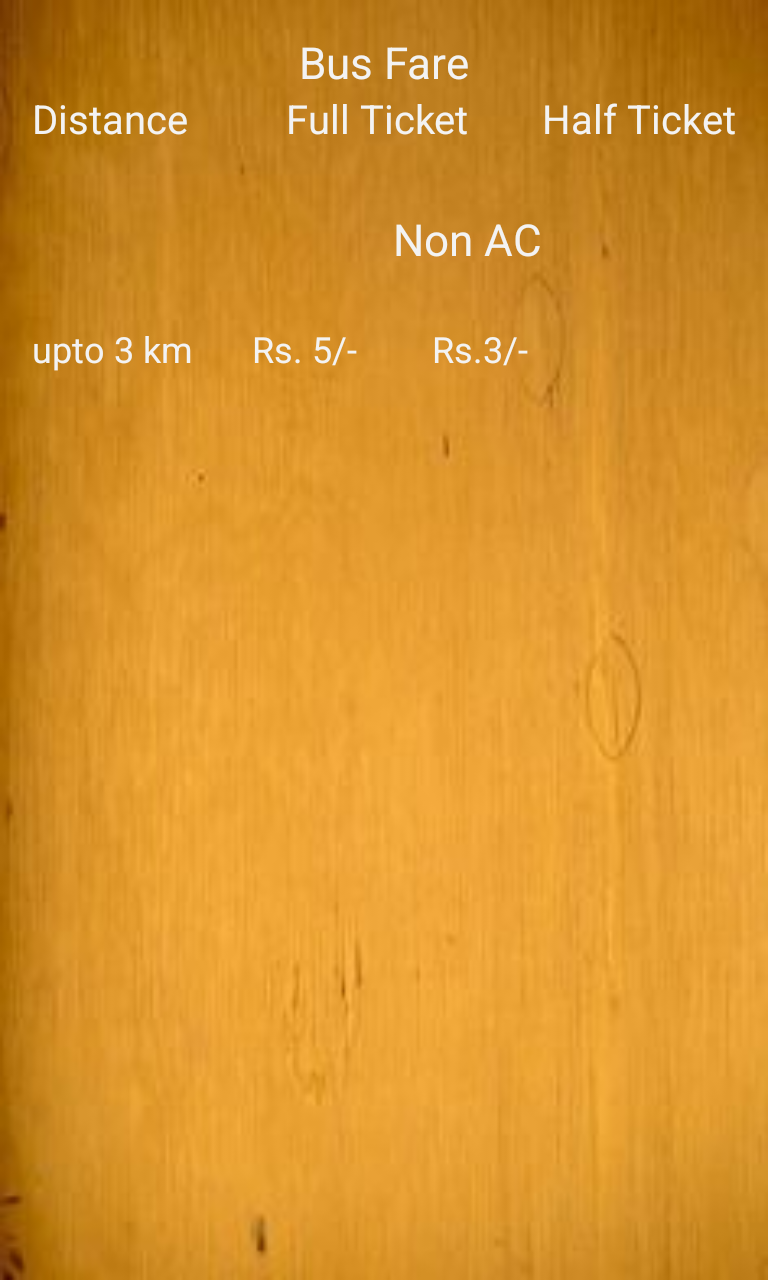
Repository: yogeshwar1996/android-app
Layout: CHD!!@BUSES/res/layout/activity_info.xml
The author's editor kept a copy of each file at every save. The layout is drawn from the files as they stood at one save, then again after the next save.
It is drawn on a 768 x 1280 px phone screen (xhdpi) without system bars, with theme android:Theme.Holo; the app's code is not run.

Above is the layout before, as saved 2016-07-11 04:59:31.

After the next save:
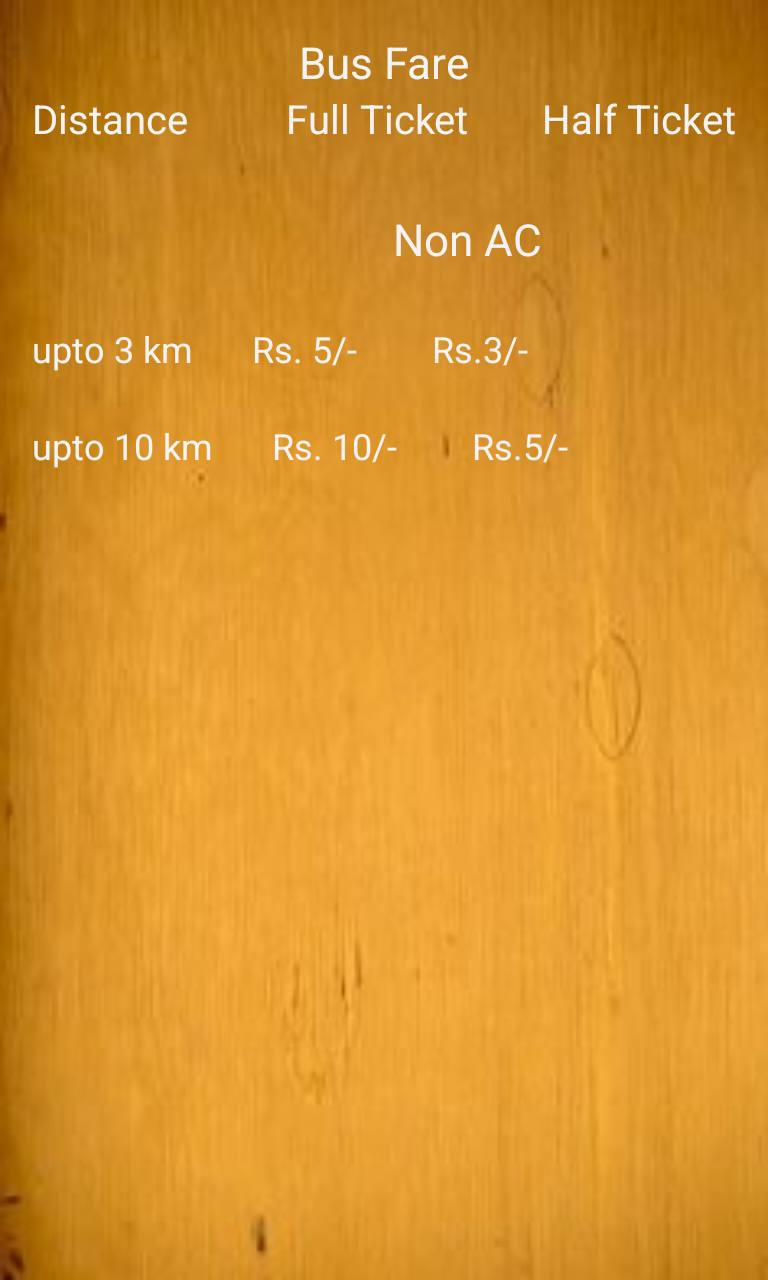
Saved 41 s later.
--- a/CHD!!@BUSES/res/layout/activity_info.xml
+++ b/CHD!!@BUSES/res/layout/activity_info.xml
@@ -69,4 +69,14 @@
         android:text="upto 3 km 			Rs. 5/-				Rs.3/-"
         android:textAppearance="?android:attr/textAppearanceMedium" />
 
+    <TextView
+        android:id="@+id/TextView01"
+        android:layout_width="match_parent"
+        android:layout_height="wrap_content"
+        android:layout_alignLeft="@+id/textView6"
+        android:layout_below="@+id/textView6"
+        android:layout_marginTop="24dp"
+        android:text="upto 10 km 			Rs. 10/-				Rs.5/-"
+        android:textAppearance="?android:attr/textAppearanceMedium" />
+
 </RelativeLayout>
